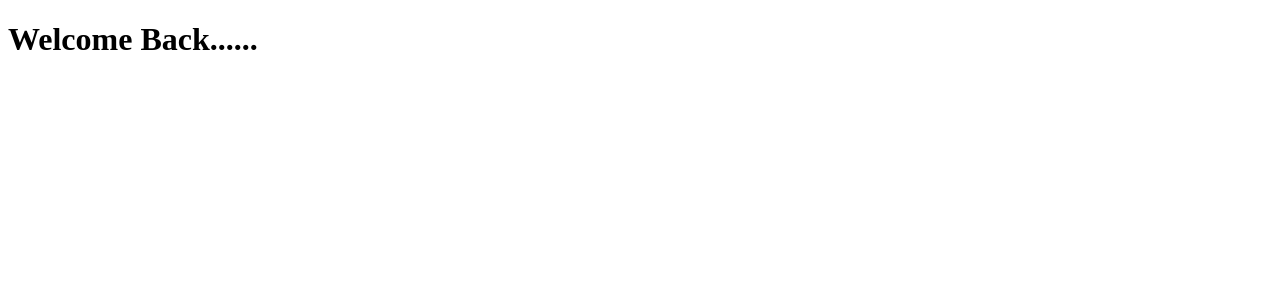
Repository: yashdpatil/Advanced_java
Page: hhhhhh/src/main/webapp/Welcome.html
An editor plug-in stored every save of this project. The page is shown before and after the next save, followed by the edit.
The browser window is 1280 px wide. The pictures show the whole page.

Above is the page before, as saved 2023-12-13 10:59:50.

### hhhhhh/src/main/webapp/Welcome.html
<!DOCTYPE html>
<html>
<head>
<meta charset="ISO-8859-1">
<title>Insert title here</title>
</head>
<body>
<h1> Welcome Back......</h1>

</body>
</html>

After the next save:
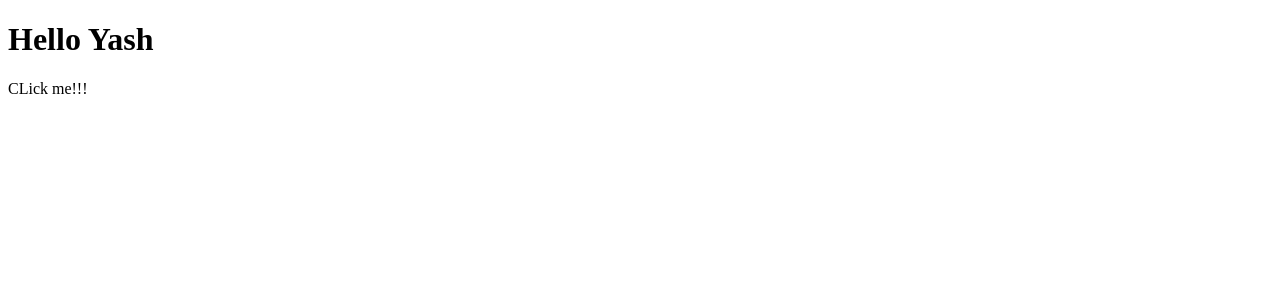
Saved 5 min 4 s later.
--- a/hhhhhh/src/main/webapp/Welcome.html
+++ b/hhhhhh/src/main/webapp/Welcome.html
@@ -5,7 +5,7 @@
 <title>Insert title here</title>
 </head>
 <body>
-<h1> Welcome Back......</h1>
-
+<h1> Hello Yash </h1>
+<a herf = "Welcome.html">CLick me!!!</a>
 </body>
 </html>
